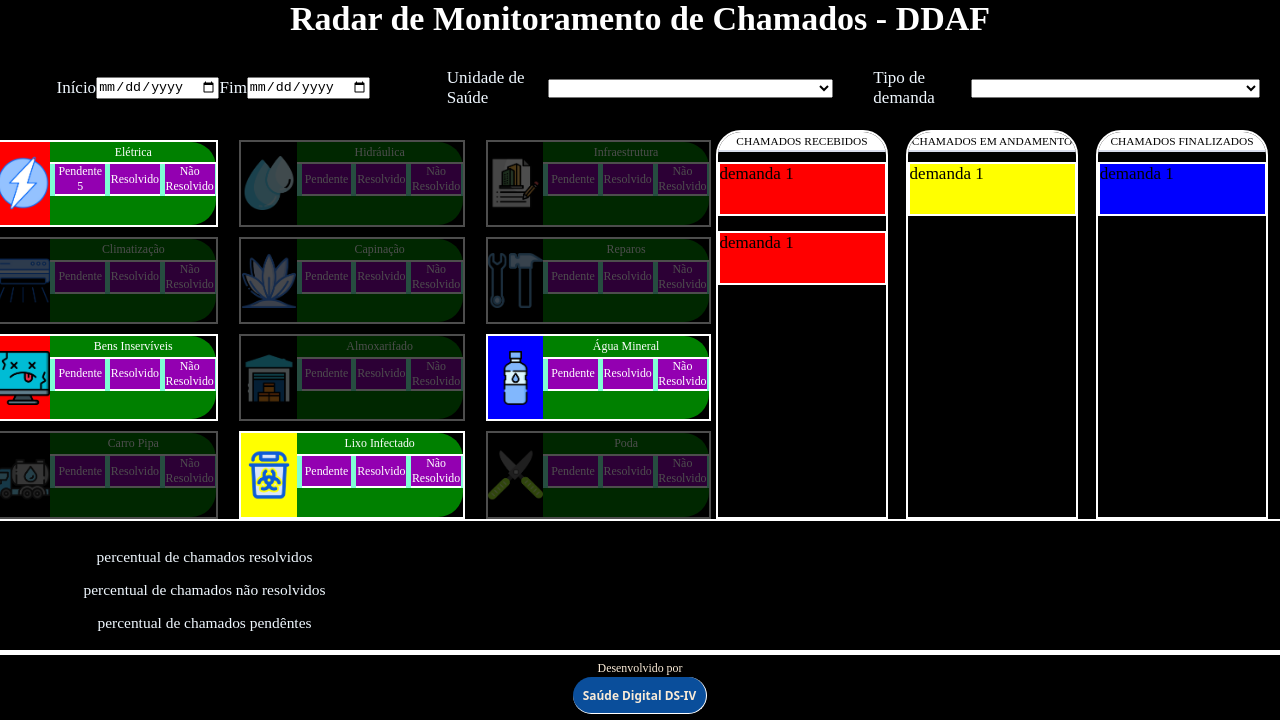
Repository: br-on/ddaf-chamados
Page: index.html
These files come from the project's save history. The page is drawn as it stood at one moment and after the next save; the edit follows.
The browser window is 1280 px wide. The pictures show the whole page.

Above is the page before, as saved 2025-01-26 03:22:15.

### index.html
<!DOCTYPE html>
<html lang="pt-br">
<head>
    <meta charset="UTF-8">
    <meta name="viewport" content="width=device-width, initial-scale=1.0">
    <link rel="stylesheet" href="style.css">
    <title>Radar de Chamados</title>

</head>
<body>
    <header>
       <center><h1>Radar de Monitoramento de Chamados - DDAF</h1></center>
        <section class="filtros">
            <div class="opcao-filtro">
                <label for="">Início</label>
                <input type="date">
                <label for="">Fim</label>
                <input type="date">
            </div>
            <div class="opcao-filtro">
                <label for="">Unidade de Saúde</label>
                <select name="" id="">
                    <option value=""> </option>
                    <option value="">Unidade X</option>
                    <option value="">Unidade X</option>
                    <option value="">Unidade X</option>
                    <option value="">Unidade X</option>
                </select>
            </div>
            <div class="opcao-filtro">
                <label for="">Tipo de demanda</label>
                <select name="" id="">
                    <option value=""> </option>
                    <option value="">Demanda X</option>
                    <option value="">Demanda X</option>
                    <option value="">Demanda X</option>
                    <option value="">Demanda X</option>
                </select>
            </div>
        </section>
    </header>
    <main>
        <section class="tipos-demandas">
            <div id="demanda-eletrica" class="demanda-tipo">
                <div class="img-tipo-demanda red">
                    <img src="img/tipo-demanda-eletrica.png" alt="">
                </div>
                <div class="info-tipo-demanda">
                    <div class="titulo-tipo-demanda">Elétrica</div>
                    <div class="contagem-tipo-demanda">
                        <div class="caixa-finalizado"><span>Pendente</span><span>5</span></div>
                        <div class="caixa-finalizado">Resolvido</div>
                        <div class="caixa-finalizado"><center>Não Resolvido</center></div>
                    </div>
                </div>
            </div>
            <div id="demanda-hidraulica" class="demanda-tipo  div-opaca">
                <div class="img-tipo-demanda">
                    <img src="img/tipo-demanda-hidráulica.png" alt="">
                </div>
                <div class="info-tipo-demanda">
                    <div class="titulo-tipo-demanda">Hidráulica</div>
                    <div class="contagem-tipo-demanda">
                        <div class="caixa-finalizado">Pendente</div>
                        <div class="caixa-finalizado">Resolvido</div>
                        <div class="caixa-finalizado"><center>Não Resolvido</center></div>
                    </div>
                </div>
            </div>
            <div id="demanda-infraestrutura" class="demanda-tipo div-opaca">
                <div class="img-tipo-demanda">
                    <img src="img/tipo-demanda-infraestrutura.png" alt="">
                </div>
                <div class="info-tipo-demanda">
                    <div class="titulo-tipo-demanda">Infraestrutura</div>
                    <div class="contagem-tipo-demanda">
                        <div class="caixa-finalizado">Pendente</div>
                        <div class="caixa-finalizado">Resolvido</div>
                        <div class="caixa-finalizado"><center>Não Resolvido</center></div>
                    </div>
                </div>
            </div>
            <div id="demanda-climatização" class="demanda-tipo div-opaca">
                <div class="img-tipo-demanda">
                    <img src="img/tipo-demanda-climatizacao.png" alt="">
                </div>
                <div class="info-tipo-demanda">
                    <div class="titulo-tipo-demanda">Climatização</div>
                    <div class="contagem-tipo-demanda">
                        <div class="caixa-finalizado">Pendente</div>
                        <div class="caixa-finalizado">Resolvido</div>
                        <div class="caixa-finalizado"><center>Não Resolvido</center></div>
                    </div>
                </div>
            </div>
            <div id="demanda-capinacao" class="demanda-tipo div-opaca">
                <div class="img-tipo-demanda">
                    <img src="img/tipo-demanda-capinacao.png" alt="">
                </div>
                <div class="info-tipo-demanda">
                    <div class="titulo-tipo-demanda">Capinação</div>
                    <div class="contagem-tipo-demanda">
                        <div class="caixa-finalizado">Pendente</div>
                        <div class="caixa-finalizado">Resolvido</div>
                        <div class="caixa-finalizado"><center>Não Resolvido</center></div>
                    </div>
                </div>
            </div>
            <div id="demanda-reparos" class="demanda-tipo div-opaca">
                <div class="img-tipo-demanda">
                    <img src="img/tipo-demanda-reparos.png" alt="">
                </div>
                <div class="info-tipo-demanda">
                    <div class="titulo-tipo-demanda">Reparos</div>
                    <div class="contagem-tipo-demanda">
                        <div class="caixa-finalizado">Pendente</div>
                        <div class="caixa-finalizado">Resolvido</div>
                        <div class="caixa-finalizado"><center>Não Resolvido</center></div>
                    </div>
                </div>
            </div>
            <div id="demanda-inserviveis" class="demanda-tipo">
                <div class="img-tipo-demanda red">
                    <img src="img/tipo-demanda-inserviveis.png" alt="">
                </div>
                <div class="info-tipo-demanda">
                    <div class="titulo-tipo-demanda">Bens Inservíveis</div>
                    <div class="contagem-tipo-demanda">
                        <div class="caixa-finalizado">Pendente</div>
                        <div class="caixa-finalizado">Resolvido</div>
                        <div class="caixa-finalizado"><center>Não Resolvido</center></div>
                    </div>
                </div>
            </div>
            <div id="demanda-almoxarifado" class="demanda-tipo div-opaca">
                <div class="img-tipo-demanda">
                    <img src="img/tipo-demanda-almoxarifado.png" alt="">
                </div>
                <div class="info-tipo-demanda">
                    <div class="titulo-tipo-demanda">Almoxarifado</div>
                    <div class="contagem-tipo-demanda">
                        <div class="caixa-finalizado">Pendente</div>
                        <div class="caixa-finalizado">Resolvido</div>
                        <div class="caixa-finalizado"><center>Não Resolvido</center></div>
                    </div>
                </div>
            </div>
            <div id="demanda-agua-mineral" class="demanda-tipo">
                <div class="img-tipo-demanda blue">
                    <img src="img/tipo-demanda-agua-minireal.png" alt="">
                </div>
                <div class="info-tipo-demanda">
                    <div class="titulo-tipo-demanda">Água Mineral</div>
                    <div class="contagem-tipo-demanda">
                        <div class="caixa-finalizado">Pendente</div>
                        <div class="caixa-finalizado">Resolvido</div>
                        <div class="caixa-finalizado"><center>Não Resolvido</center></div>
                    </div>
                </div>
            </div>
            <div id="demanda-carro-pipa" class="demanda-tipo div-opaca">
                <div class="img-tipo-demanda">
                    <img src="img/tipo-demanda-carro-pipa.png" alt="">
                </div>
                <div class="info-tipo-demanda">
                    <div class="titulo-tipo-demanda">Carro Pipa</div>
                    <div class="contagem-tipo-demanda">
                        <div class="caixa-finalizado">Pendente</div>
                        <div class="caixa-finalizado">Resolvido</div>
                        <div class="caixa-finalizado"><center>Não Resolvido</center></div>
                    </div>
                </div>
            </div>
            <div id="demanda-infectado" class="demanda-tipo">
                <div class="img-tipo-demanda yellow">
                    <img src="img/tipo-demanda-lixo-infectado.png" alt="">
                </div>
                <div class="info-tipo-demanda">
                    <div class="titulo-tipo-demanda">Lixo Infectado</div>
                    <div class="contagem-tipo-demanda">
                        <div class="caixa-finalizado">Pendente</div>
                        <div class="caixa-finalizado">Resolvido</div>
                        <div class="caixa-finalizado"><center>Não Resolvido</center></div>
                    </div>
                </div>
            </div>
            <div id="demanda-poda" class="demanda-tipo div-opaca">
                <div class="img-tipo-demanda">
                    <img src="img/tipo-demanda-poda.png" alt="">
                </div>
                <div class="info-tipo-demanda">
                    <div class="titulo-tipo-demanda">Poda</div>
                    <div class="contagem-tipo-demanda">
                        <div class="caixa-finalizado">Pendente</div>
                        <div class="caixa-finalizado">Resolvido</div>
                        <div class="caixa-finalizado"><center>Não Resolvido</center></div>
                    </div>
                </div>
            </div>
        </section>
        <section class="andamento-demandas">
            <div class="demanda-andamento">
                <div class="titulo-andamento">CHAMADOS RECEBIDOS</div>
                <div class="area-andamento">
                    <div class="demanda red">
                        demanda 1
                    </div>
                    <div class="demanda red">
                        demanda 1
                    </div>
                </div>
            </div>
            <div class="demanda-andamento">
                <div class="titulo-andamento">CHAMADOS EM ANDAMENTO</div>
                <div class="area-andamento">
                    <div class="demanda yellow">
                        demanda 1
                    </div>
                </div>
            </div>
            <div class="demanda-andamento">
                <div class="titulo-andamento">CHAMADOS FINALIZADOS</div>
                <div class="area-andamento">
                    <div class="demanda blue">
                        demanda 1
                    </div>
                </div>
            </div>
        </section>
    </main>
    <section class="percentual">Relatório Geral
        <div class="relatorio-geral">
            percentual de chamados resolvidos
        </div>
        <div class="relatorio-geral">
            percentual de chamados não resolvidos
        </div>
        <div class="relatorio-geral">
            percentual de chamados pendêntes
        </div>
    </section>
    <footer> Desenvolvido por
        <div class="footer-sdds4">Saúde Digital DS-IV</div>
    </footer>
</body>
</html>

### style.css
* {
    margin: 0;
    padding: 0;
}
body {
    background-color: black;
    display: flex;
    height: 100vh;
    flex-direction: column;
}
header {
    height: 10vh;
    border-bottom: solid 3px white ;
    display: flex;
    flex-direction: column;
    align-items: center;
    justify-content: center;
}
header h1 {
    color: white;
    font-family:'Times New Roman', Times, serif
}
main {
    height: 70vh;
}
.percentual {
    height: 15vh;
    border-top: solid 2px white;
}
footer {
    height:5vh;
    display: flex;
    flex-direction: column;
    align-items: center;
    justify-content: center;
    color: antiquewhite;
    border-top: solid 5px white;
}
.filtros {
    display: flex;
}
.tipos-demandas {
    height: 45%;
    display: grid;
    justify-content: center;
    grid-template-columns: 30% 30% 30%;
    grid-template-rows: 22.5% 22.5% 22.5% 22.5%;
    column-gap: 3%;
}
.andamento-demandas {
    height: 55%;
    display: grid;
    justify-content: center;
    grid-template-columns: 30% 30% 30%;
    column-gap: 3%;
}

.demanda-tipo {
    border: solid rgb(255, 255, 255) 2px;
    border-radius: 25px;
    margin-top: 10px;
    display: flex;
}
.demanda-andamento{
    border: solid 2.5px rgb(255, 255, 255);
    border-top-left-radius: 25px;
    border-top-right-radius: 25px;
    display: flex;
    flex-direction: column;
    overflow-y: auto;
}
.titulo-andamento {
    display: flex;
    align-items: center;
    justify-content: center;
    border-bottom: solid 2px rgb(217, 221, 236);
    font-size: 1.2em;
    background-color: rgb(255, 255, 255);
    border-top-left-radius: 20px;
    border-top-right-radius: 20px;
    height: 5%;
}
.area-andamento {
    height: 95%;
    display: flex;
    flex-direction: column;
    overflow-y: auto;
    overflow-x: hidden;
    box-sizing: border-box;
    margin-top: 10px;
}
.demanda {
    background-color: brown;
    margin-bottom: 15px;
    min-height: 50px;
    border: solid 2px white;
    width: 98%;
}
.footer-sdds4{
    margin-top: 1.5px;
    background-color: rgb(10, 78, 155);
    border-radius: 30px;
    padding: 10px;
    font-family:system-ui, -apple-system, BlinkMacSystemFont, 'Segoe UI', Roboto, Oxygen, Ubuntu, Cantarell, 'Open Sans', 'Helvetica Neue', sans-serif;
    font-weight: bold;
    border-bottom: solid 1px white;
    border-right: solid 0.8px white;
}
.opcao-filtro, .relatorio-geral {
    color: aliceblue;
    font-size: 1.3em;
    margin: 10px;
    display: flex;
    align-items: center;
    justify-content: center;
    padding: 2.5px;
    display: flex;
    flex-direction: column;
    width: 30vw;
}
.opcao-filtro select {
    width: 90%;
}
.img-tipo-demanda {
    width: 25%;
    border-top-left-radius: 25px;
    border-bottom-left-radius: 25px;
    display: flex;
    align-items: center;
    justify-content: center;
}
.img-tipo-demanda img {
    max-height: 90%;
    max-width: 98%;
}
.info-tipo-demanda {
    background-color: green;
    color: white;
    width: 75%;
    border-top-right-radius: 25px;
    border-bottom-right-radius: 25px;
    display: flex;
    flex-direction: column;
}
.titulo-tipo-demanda {
    height: 25%;
    font-size: 1.5em;
    border-bottom: solid 2.5px white;
    display: flex;
    align-items: center;
    justify-content: center;
}
.contagem-tipo-demanda {
    display: flex;
    background-color: aquamarine;
}
.caixa-finalizado {
    background-color: rgb(147, 0, 177);
    display: flex;
    flex-direction: column;
    align-items: center;
    justify-content: center;
    width: 30%;
    margin-left: 3%;
    border-bottom: solid 2px white;
}
.caixa-finalizado-pendente {
    display: flex;
    align-items: center;
    justify-content: center;
    width: 30%;
    margin-left: 3%;
    border-bottom: solid 2px white;
}

.red {
    background-color: red;
}
.yellow{
    background-color: yellow;
}
.blue {
    background-color: blue;
}
.div-opaca {
    opacity: 0.3; /* Define a opacidade da div (80%) */
}

/* Media Query para telas menores que 768px */
@media (max-width: 768px) {
    *{
        margin: 0;
        padding: 0;
    }
    body {
        justify-content: center;
        height: auto;
        width: 100vw;
    }
    header {
        font-size: 0.7em;
        height: 150px;
    }
    main {
        height: auto;
    }
    .andamento-demandas {
        display: grid;
        justify-content: center;
        grid-template-columns: 1fr;
        grid-template-rows: auto;
        row-gap: 5px;
    }

    .percentual {
        font-size: 0.7em;
        height: 200px;
        border-top: solid 2px rgb(255, 255, 255);
    }
    footer {
        height:50px;
        padding: 5px;
        background-color: rgb(0, 0, 0);
        border-top: solid 5px white;
    }
    .tipos-demandas {
        height: 600px;
        font-size: 0.7em;
        display: grid;
        justify-content: center;
        grid-template-columns: 45% 45%;
        grid-template-rows: 15% 15% 15% 15% 15% 15%;
        row-gap: 10px;
    }
    .demanda-tipo {
        height: 75px;
    }
    .demanda-andamento{
        background-color: cadetblue;
        min-height: 250px;
        margin-bottom: 15px;
    }
}
@media (min-aspect-ratio: 3/2) {
    body {
        font-size: 17px;
    }
    header {
        height: 20vh;
        border-bottom: solid 3px white ;
        display: flex;
        flex-direction: column;
        align-items: center;
        justify-content: flex-start;
        border: 0px;
    }
    .filtros {
        width: 100vw;
        display: flex;
        margin-top: 10px;
    }
    .opcao-filtro {
        font-size: 1em;
        display: flex;
        flex-direction: row;
        width: 500px;
        padding: 10px;
    }
    .opcao-filtro select {
        width: 90%;
    }
    main {
        height: 60vh;
        display: flex;
        flex-direction: row;
    }
    .tipos-demandas {
        font-size: 0.7em;
        width: 55%;
        height: 100%;
        display: grid;
        justify-content: center;
        grid-template-columns: 32% 32% 32%;
        grid-template-rows: 25% 25% 25% 25%;
    }
    .titulo-tipo-demanda {
        font-size: 1em;
        border-bottom: solid 2.5px white;
        display: flex;
        align-items: center;
        justify-content: center;
    }
    .andamento-demandas {
        width: 45%;
        height: 100%;
        display: grid;
        justify-content: center;
        grid-template-columns: 30% 30% 30%;
        column-gap: 3%;
    }
    .demanda-tipo {
        border: solid rgb(255, 255, 255) 2px;
        border-radius: 0;
        display: flex;
    }
    .percentual {
        font-size: 0.7em;
        height: 20vh;
        border-top: solid 2px white;
    }
    footer {
        font-size: 0.7em;
        height: 10vh;
        display: flex;
        flex-direction: column;
        align-items: center;
        justify-content: center;
        color: antiquewhite;
        border-top: solid 5px white;
    }
    .img-tipo-demanda {
        width: 25%;
        border-top-left-radius: 0;
        border-bottom-left-radius: 0;
        display: flex;
        align-items: center;
        justify-content: center;
    }
    .titulo-andamento {
        font-size: 0.67em;
    }
}

After the next save:
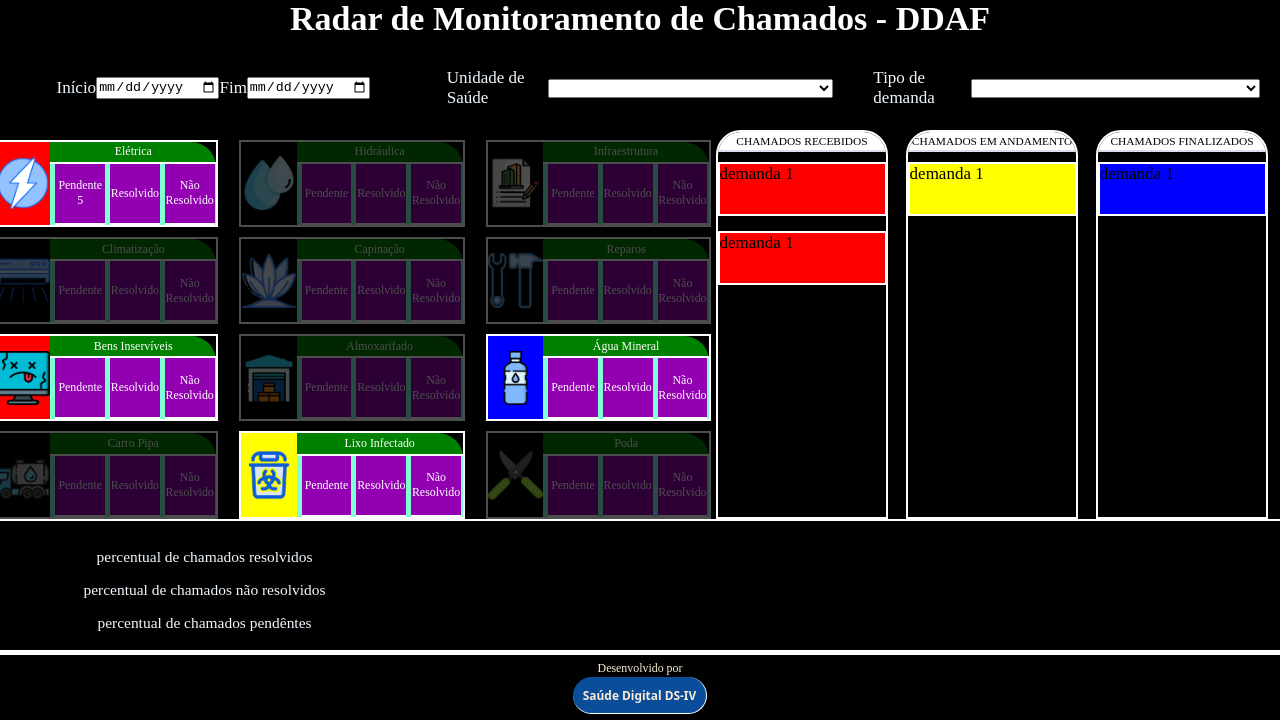
Saved 18 s later.
--- a/style.css
+++ b/style.css
@@ -151,6 +151,7 @@ footer {
     justify-content: center;
 }
 .contagem-tipo-demanda {
+    height: 75%;
     display: flex;
     background-color: aquamarine;
 }
